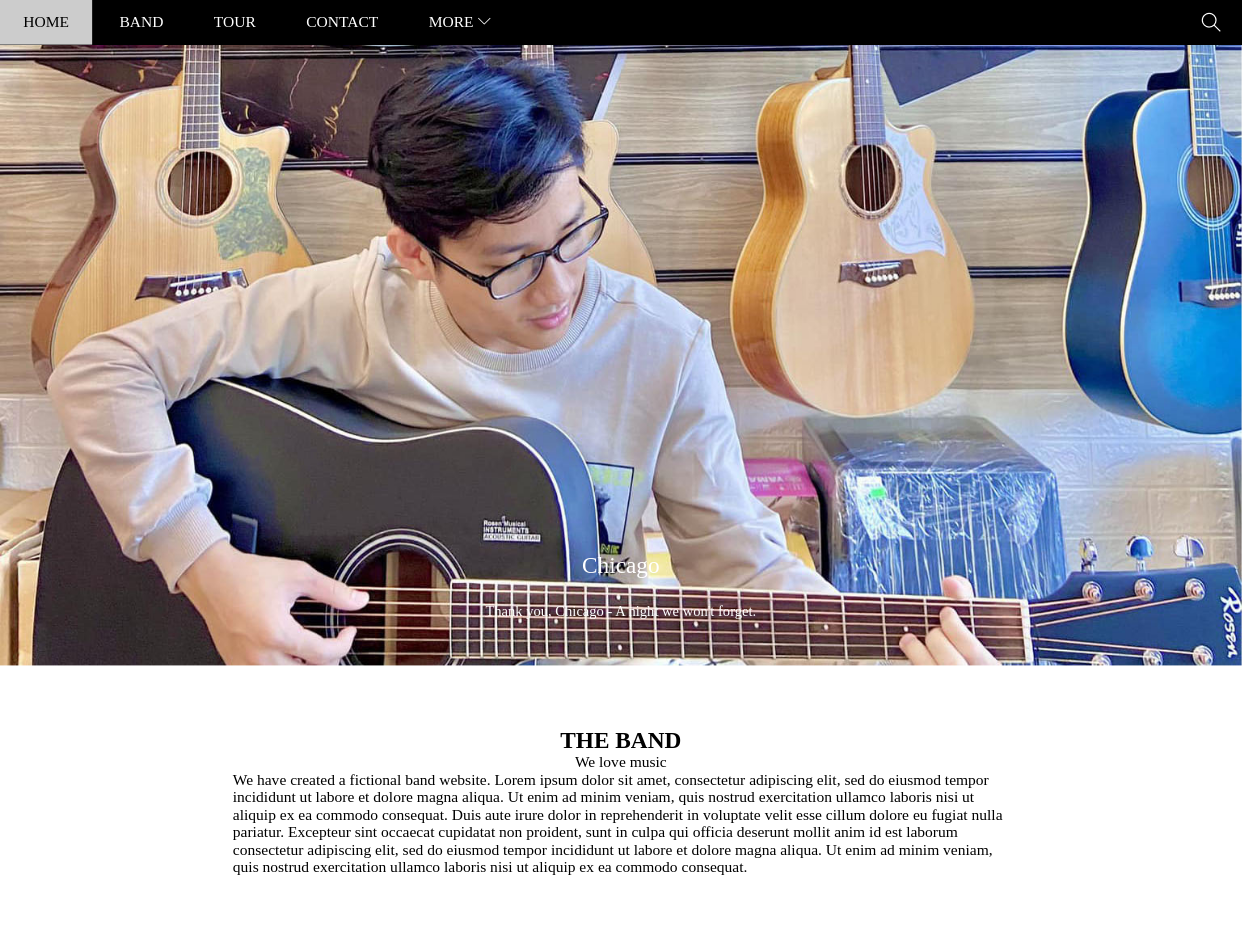
Repository: quochung2k3/Web-Team
Page: index.html
An editor plug-in stored every save of this project. The page is shown before and after the next save, followed by the edit.
The browser window is 1280 px wide. The pictures show the whole page, at 97% of full size.

Above is the page before, as saved 2023-08-05 09:13:05.

After the next save:
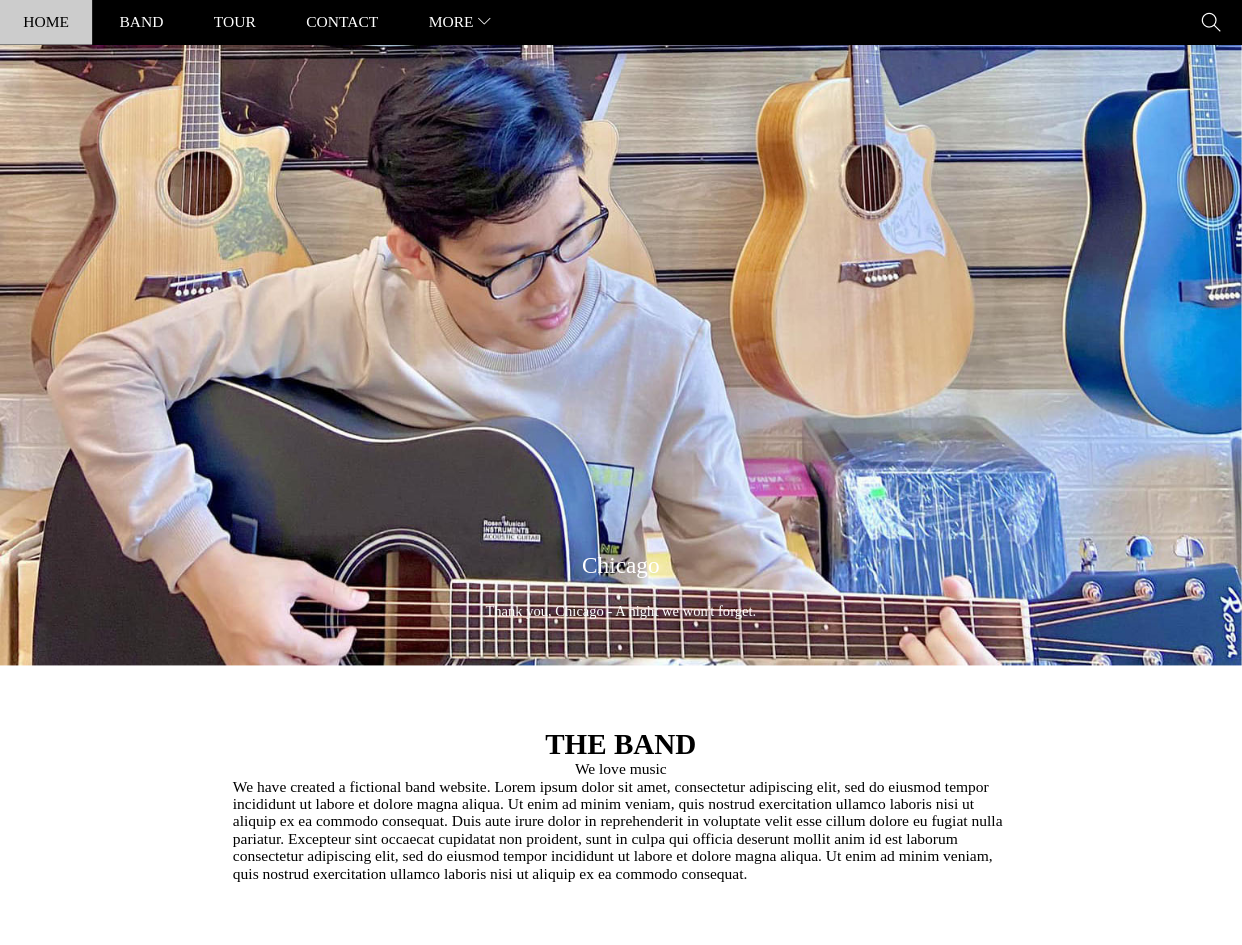
Saved 23 s later.
--- a/assets/css/style.css
+++ b/assets/css/style.css
@@ -134,6 +134,10 @@
     padding: 64px 0;
 }
 
+#content .section-heading {
+    font-size: 30px;
+}
+
 #content .section-heading,
 #content .section-sub-heading {
     text-align: center;
